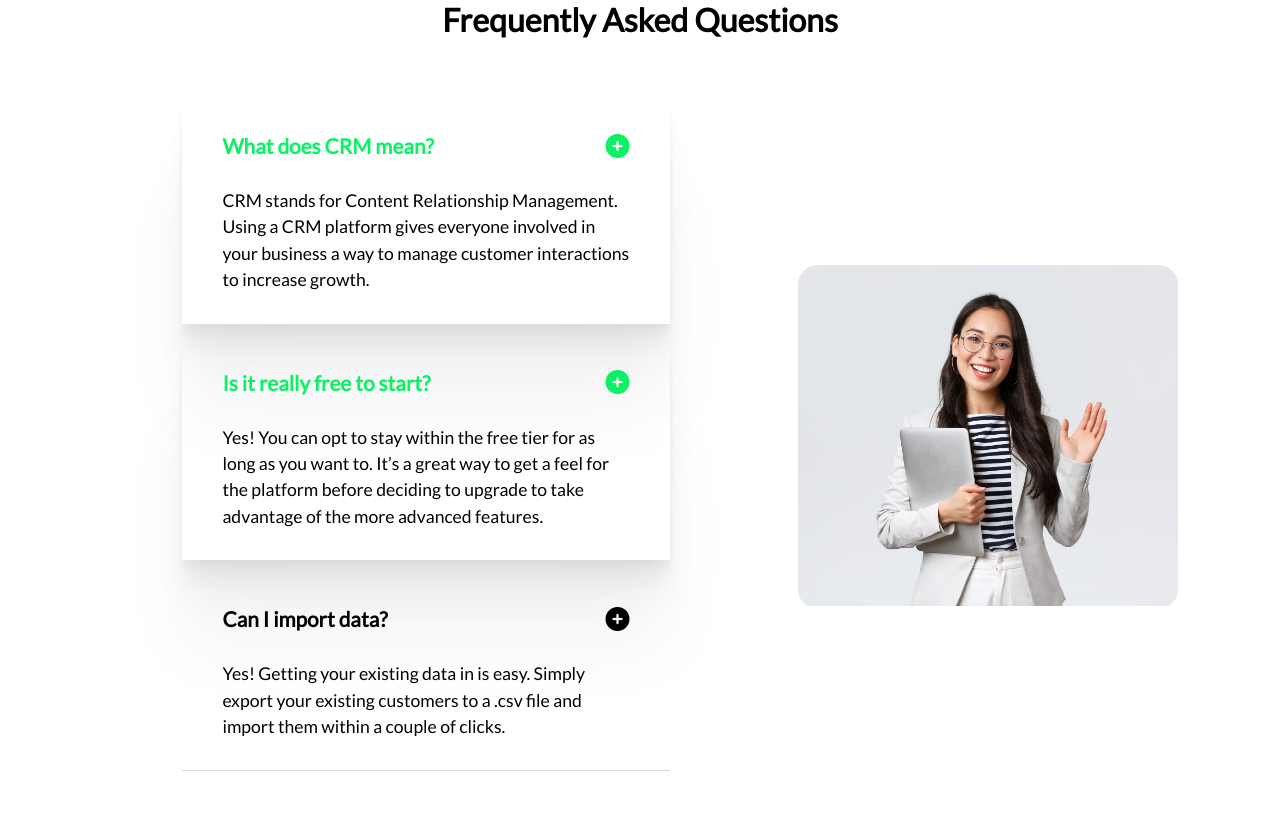
Repository: emiliaiwu/faq_component
Page: index.html
These files come from the project's save history. The page is drawn as it stood at one moment and after the next save; the edit follows.
The browser window is 1280 px wide. The pictures show the whole page.
Some web libraries are served in a nearby version.

Above is the page before, as saved 2022-12-13 16:39:42.

### index.html
<!DOCTYPE html>
<html lang="en">
<head>
    <meta charset="UTF-8">
    <meta http-equiv="X-UA-Compatible" content="IE=edge">
    <meta name="viewport" content="width=device-width, initial-scale=1.0">
    <link rel="stylesheet" href="style.css">
    <script src="https://kit.fontawesome.com/fd9c36575f.js" crossorigin="anonymous"></script>
    <title>FAQ Component</title>
</head>
<body>
        <h2>Frequently Asked Questions</h2>
        <article class="faq_component">
            <div class="faq_container">
                <div class="faq_content active">
                    <div class="faq_header">
                        <h3>What does CRM mean?</h3>
                        <i class="fa-solid fa-circle-plus"></i>
                    </div>
                    <div class="content_wrap">
                        <p class="content hidden">
                            CRM stands for Content Relationship Management. Using a CRM platform gives everyone involved in your business a way to manage customer interactions to increase growth.
                        </p>
                    </div>
                </div>

                <div class="faq_content active">
                    <div class="faq_header">
                        <h3>Is it really free to start?</h3>
                        <i class="fa-solid fa-circle-plus"></i>
                    </div>
                    <div class="content_wrap">
                        <p class="content hidden">
                            Yes! You can opt to stay within the free tier for as long as you want to. It’s a great way to get a feel for the platform before deciding to upgrade to take advantage of the more advanced features.
                        </p>
                    </div>
                </div>

                <div class="faq_content">
                    <div class="faq_header">
                        <h3>Can I import data?</h3>
                        <i class="fa-solid fa-circle-plus"></i>
                    </div>
                    <div class="content_wrap">
                         <p class="content hidden">
                            Yes! Getting your existing data in is easy. Simply export your existing customers to a .csv file and import them within a couple of clicks.
                        </p>
                    </div>
                </div>
            </div>
            <div class="faq_image">
                <img src="img/meeting.jpg" alt="">
            </div>
        </article>
 <script src="script.js"></script>
</body>
</html>

### style.css
@import url('https://fonts.googleapis.com/css2?family=Lato:wght@300;400&display=swap');

* {
    margin: 0;
    padding: 0;
    box-sizing: border-box;
}

body {
    font-family: 'Lato', sans-serif;
    max-width: 100vw;
    min-height: 100vh;
    flex-direction: column;

}

body,
.faq_component,
.faq_container {
    display: flex;
    align-items: center;
    justify-content: center;

}


/* TYPOGRAPHY */
h2 {
    text-align: center;
    font-size: 2rem;
    font-family: inherit;

}

h3 {
    font-size: 1.3rem;
    font-family: inherit;
}

p {
    font-size: 1.1rem;
    font-family: inherit;
    height: 100%;
    line-height: 1.5;
}

.fa-solid {
    font-size: 1.5rem;
}



/* MAIN BODY */
.faq_component {
    margin: 4rem 8vw;
    gap: 3rem;
}

.faq_image {
    min-width: 380px;
    max-width: 800px;
    border-radius: 20px;
    overflow: hidden;
}

img {
    width: 100%;
    height: auto;
}

.faq_container {
    padding: 0 5rem;
    flex-direction: column;
    gap: 1rem;
}

.faq_header {
    display: flex;
    align-items: center;
    justify-content: space-between;
    padding: 30px 0px 30px 0;
}

.faq_content {
    padding: 0 40px;
    border-bottom: 1px solid rgba(0, 0, 0, 0.146);
    cursor: pointer;
}

.content_wrap {
    max-height: 150px;
    padding: 0 0 30px;
}


/* ACTIVE CLASSES */

.faq_content.active {
    border: none;
    box-shadow: 0 90px 70px 0 rgb(0 0 0 / 4%),
        0 40px 35px 0 rgb(0 0 0 / 3%),
        0 25px 15px 0 rgb(0 0 0 / 3%),
        0 11px 7px 0 rgb(0 0 0 / 3%),
        0 2px 5px 0 rgb(0 0 0 / 3%);
}

.faq_content.active .faq_header {
    color:rgb(10, 242, 99)
}



@media only screen and (max-width: 1000px) {
    .faq_component {
        flex-direction: column;
        margin: 4rem 8vw;
    }

    h2 {
        margin-top: 3rem;
    }

    .faq_container {
        padding: 0;
    }

    .content_wrap {
    max-height: 300px;
    padding: 0 0 30px;
    }
}

### script.js
'use strict';
const faqHeader = document.querySelectorAll('.faq_header');
const faqContent = document.querySelectorAll('.faq_content');
const content = document.querySelector('.content');



faqContent.forEach((faq) => {
    faq.addEventListener('click', function () {
        // deselect();
        faq.classList.toggle('active');

    });
})


// const deselect = () => {
//     faqHeader.forEach((faq) => {
//         faqContent.classList.remove('active');
// 		content.classList.add('hidden');
// 		faq.classList.remove('open');
//     })
// }

After the next save:
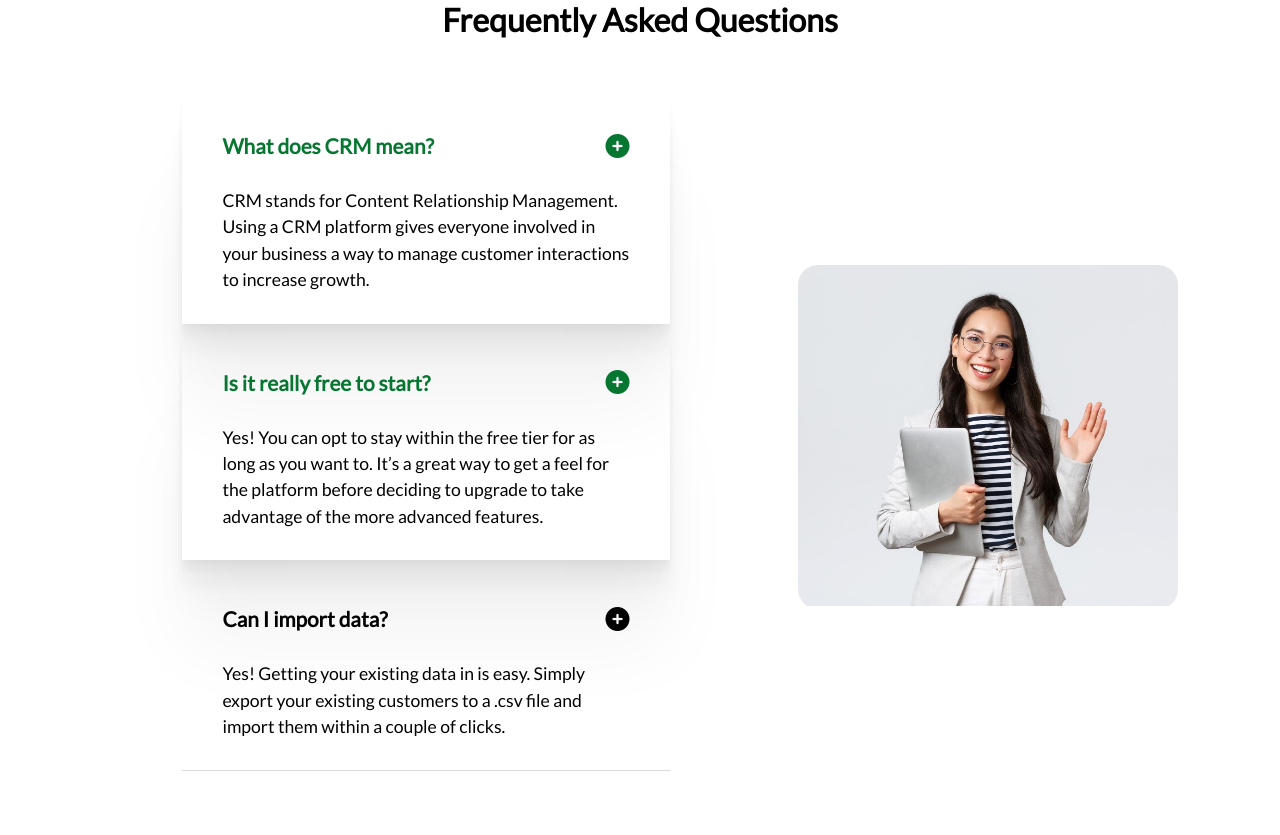
Saved 7 s later.
--- a/style.css
+++ b/style.css
@@ -105,7 +105,7 @@ img {
 }
 
 .faq_content.active .faq_header {
-    color:rgb(10, 242, 99)
+    color:rgb(6, 118, 49)
 }
 
 
